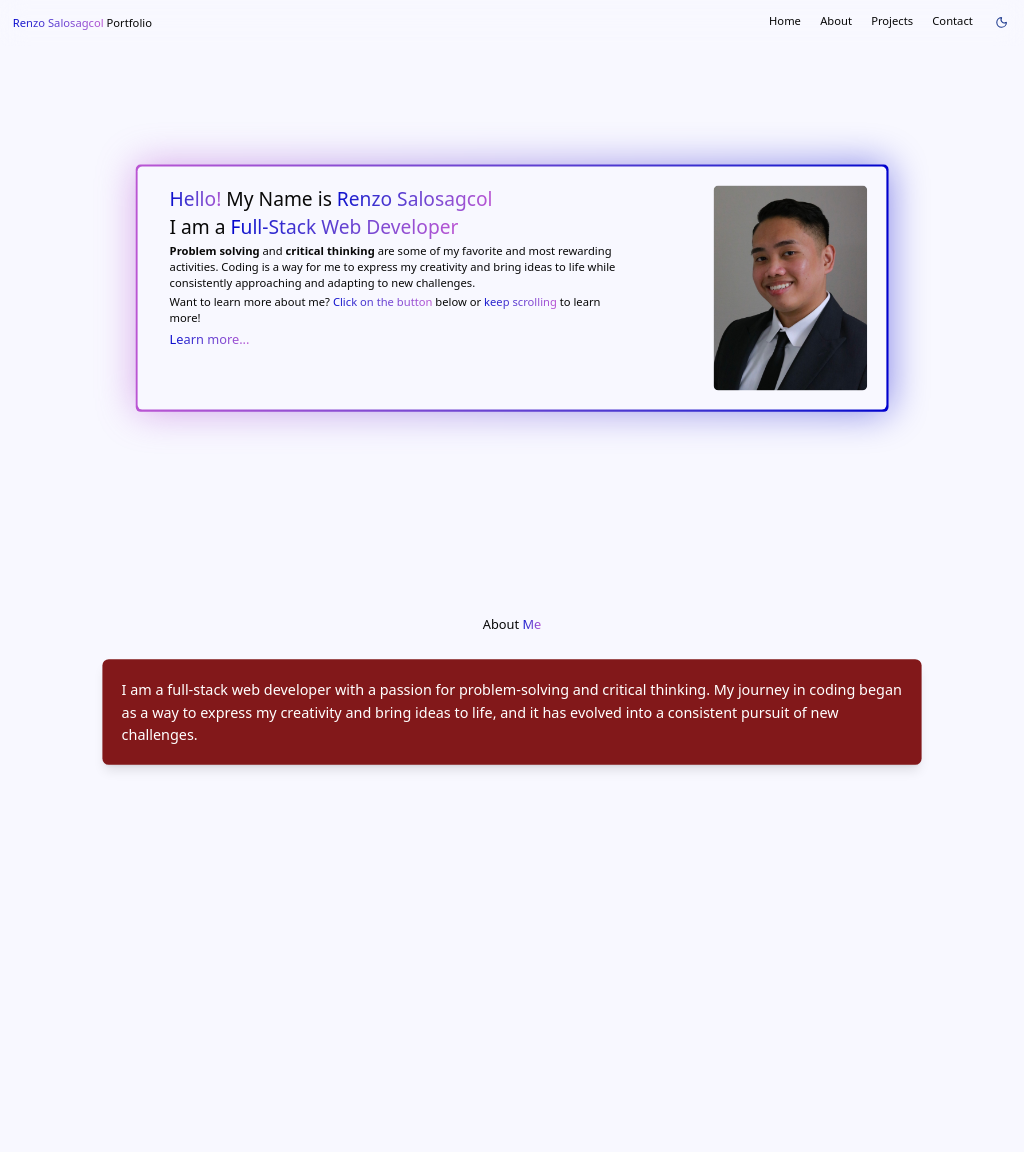
Repository: Renzo-Salosagcol/Updated_Personal_Portfolio
Page: /
These files come from the project's save history. The page is drawn as it stood at one moment and after the next save; the edit follows.
The browser window is 1280 px wide. The pictures show the whole page, at 80% of full size.
The project was rebuilt for these pictures with package versions that can differ from the ones it lists, and the page was loaded fresh each time. Also part of the build but not shown: vite.config.js, src/pages/NotFound.jsx.

Above is the page before, as saved 2025-10-10 12:11:28.

After the next save:
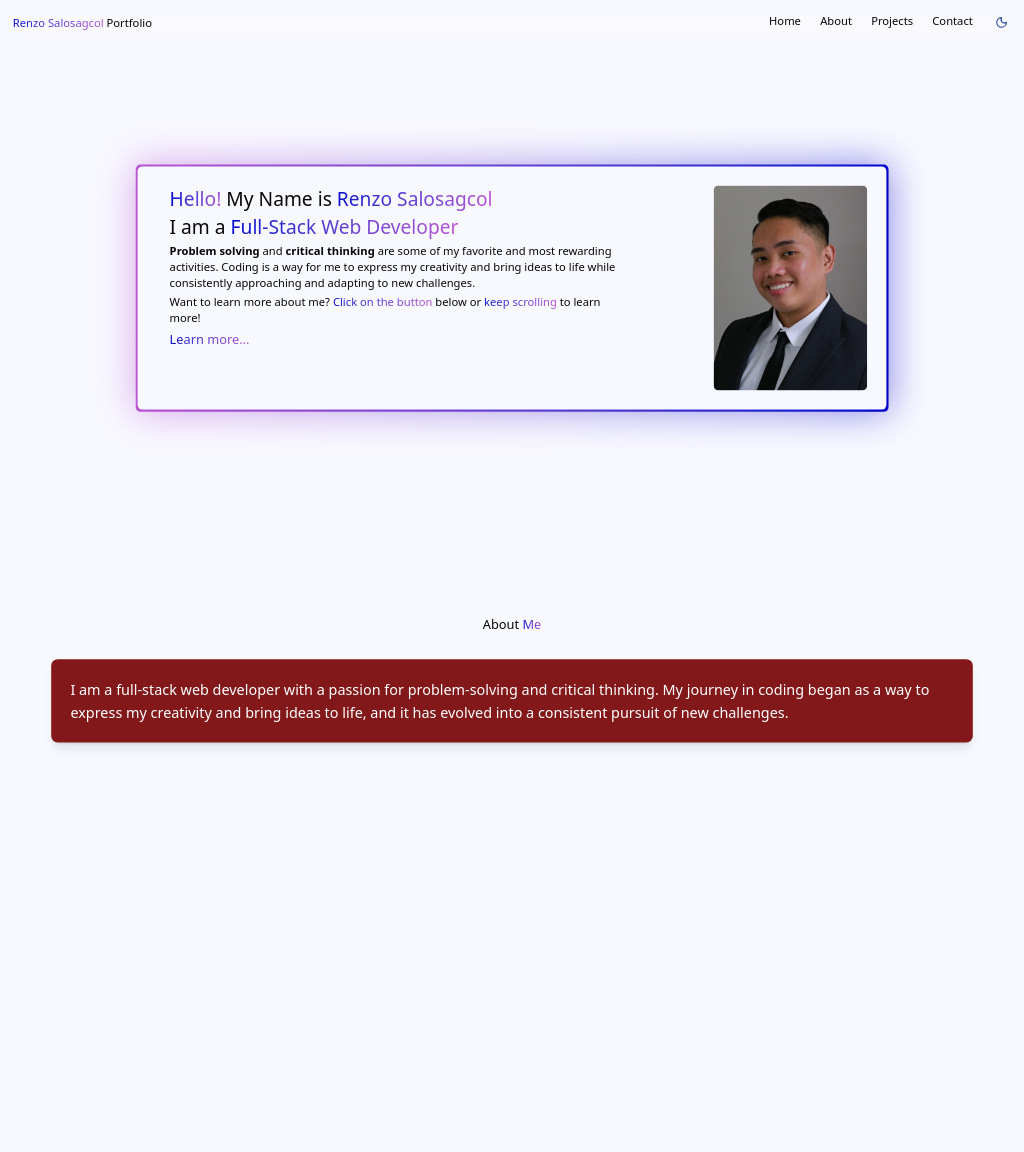
Saved 14 s later.
--- a/src/components/About.jsx
+++ b/src/components/About.jsx
@@ -6,7 +6,7 @@ export const About = () => {
       <div className="top-0 flex items-center justify-center">
         <h1 >About <span className="gradient-text">Me</span></h1>
       </div>
-      <div className="bg-red-900 mx-auto mt-8 max-w-5xl rounded-lg p-6 text-white shadow-lg">
+      <div className="bg-red-900 mx-auto mt-8 max-w-6xl rounded-lg p-6 text-white shadow-lg">
         <p className="text-sm md:text-md lg:text-lg">
           I am a full-stack web developer with a passion for problem-solving and critical thinking. My journey in coding began as a way to express my creativity and bring ideas to life, and it has evolved into a consistent pursuit of new challenges.
         </p>
